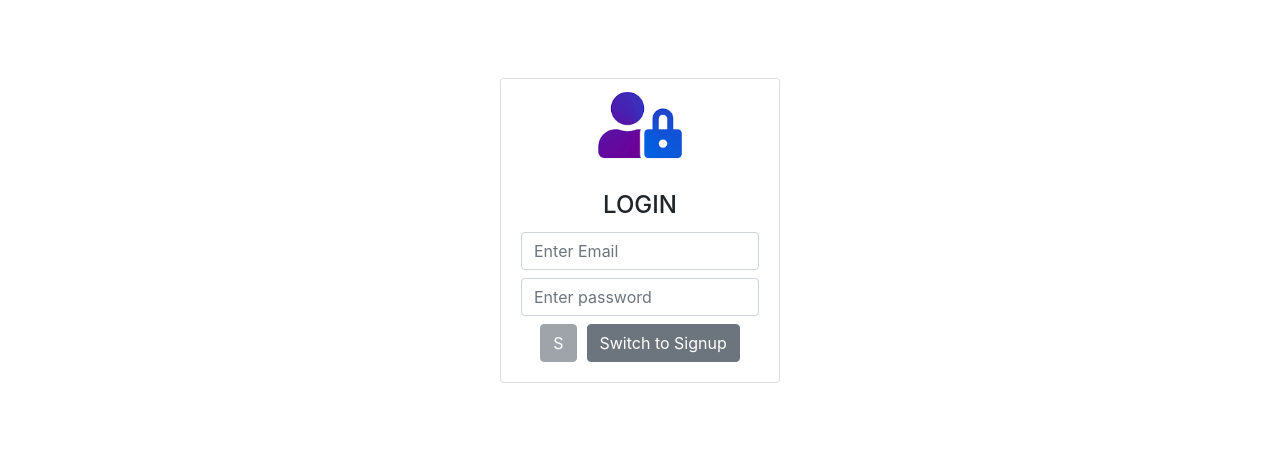
Repository: hosseinemami1370/iranicard
Page: /signup
An editor plug-in stored every save of this project. The page is shown before and after the next save, followed by the edit.
The browser window is 1280 px wide. The pictures show the whole page.
The project was rebuilt for these pictures with package versions that can differ from the ones it lists, and the page was loaded fresh each time. The framework's server and built-in components were replaced by stand-ins that run in the browser. Also part of the build but not shown: nuxt.config.js, components/Header.vue, components/Logo.vue, components/UI/AppButton.vue, components/navigation/Header.vue, layouts/error.vue, layouts/header.vue.

Above is the page before, as saved 2021-03-15 12:42:02.

### layouts/default.vue
<template>
  <div>

    <Nuxt />
  </div>
</template>
<script>
// import Header from '@/components/navigation/Header'
 export default {
//    components:{
//      Header
//    }
computed:{

    loadedData() {
      return this.$store.getters.isAuthenticated

  }
}
 }

</script>

<style>
html {
  font-family:
    'Source Sans Pro',
    -apple-system,
    BlinkMacSystemFont,
    'Segoe UI',
    Roboto,
    'Helvetica Neue',
    Arial,
    sans-serif;
  font-size: 16px;
  word-spacing: 1px;
  -ms-text-size-adjust: 100%;
  -webkit-text-size-adjust: 100%;
  -moz-osx-font-smoothing: grayscale;
  -webkit-font-smoothing: antialiased;
  box-sizing: border-box;
}

*,
*::before,
*::after {
  box-sizing: border-box;
  margin: 0;
}

.button--green {
  display: inline-block;
  border-radius: 4px;
  border: 1px solid #3b8070;
  color: #3b8070;
  text-decoration: none;
  padding: 10px 30px;
}

.button--green:hover {
  color: #fff;
  background-color: #3b8070;
}

.button--grey {
  display: inline-block;
  border-radius: 4px;
  border: 1px solid #35495e;
  color: #35495e;
  text-decoration: none;
  padding: 10px 30px;
  margin-left: 15px;
}

.button--grey:hover {
  color: #fff;
  background-color: #35495e;
}
</style>

### store/index.js
import Vuex from "vuex";

import Cookie from "js-cookie";

const createStore =() =>{
   return new Vuex.Store({
    state:{
        loadedData:[],
        token:null,
        // visibelLogout:true
    },
    mutations:{
        SETTOKEN(state,token){
            state.token=token;
        },
        CLEARTOKEN(state) {
            state.token = null;
          },
          SETEDATA(state,data){
            state.loadedData=data;
          }
        // SETVISIBLE(state,visible){
        //     state.visibelLogout=visible
        // }
    },
    actions:{
        authenticationUser(vuexContext,authData){
            let authUrl =
          "https://www.googleapis.com/identitytoolkit/v3/relyingparty/verifyPassword?key=" +
          process.env.fbAPIKey;
        if (!authData.isLogin) {
          authUrl =
            "https://www.googleapis.com/identitytoolkit/v3/relyingparty/signupNewUser?key=" +
            process.env.fbAPIKey;
        }
        return this.$axios
          .$post(authUrl, {
            email: authData.email,
            password: authData.password,
            returnSecureToken: true
          })
          .then(result => {
            console.log("result:",result);
            vuexContext.commit("SETEDATA",result.email);
            vuexContext.commit("SETTOKEN", result.idToken);
            localStorage.setItem("token", result.idToken);
            localStorage.setItem("data",result.email);
            localStorage.setItem("isLogin",authData.isLogin)
            console.log("result.expiresIn",result.expiresIn);
            localStorage.setItem(
              "tokenExpiration",
              new Date().getTime() + Number.parseInt(result.expiresIn) * 1000
            );
            Cookie.set("jwt", result.idToken);
            Cookie.set(
              "expirationDate",
              new Date().getTime() + Number.parseInt(result.expiresIn) * 1000
            );
          })
          .catch(e => {
            console.log('error1:', e);
            alert("usre or password invalid!")
          });
        },
        initAuth(vuexContext, req) {
            let token;
            let expirationDate;
            if (req) {
              if (!req.headers.cookie) {
                return;
              }
              const jwtCookie = req.headers.cookie
                .split(";")
                .find(c => c.trim().startsWith("jwt="));
              if (!jwtCookie) {
                return;
              }
              token = jwtCookie.split("=")[1];
              expirationDate = req.headers.cookie
                .split(";")
                .find(c => c.trim().startsWith("expirationDate="))
                .split("=")[1];
            }
            else {
              token = localStorage.getItem("token");
              expirationDate = localStorage.getItem("tokenExpiration");
            }
            if (new Date().getTime() > +expirationDate || !token) {
              console.log("No token or invalid token");
              vuexContext.dispatch("logout");
              return;
            }
            vuexContext.commit("SETTOKEN", token);
          },
          logout(vuexContext) {
            vuexContext.commit("CLEARTOKEN");
            Cookie.remove("jwt");
            Cookie.remove("expirationDate");
            if (process.client) {
              localStorage.removeItem("token");
              localStorage.removeItem("tokenExpiration");
            }
          },
        // setVisible(vuexContext,payload){
        //     vuexContext.commit("SETVISIBLE", payload);
        // }
    },
    getters: {
      loadedData(state) {
        return state.loadedData;
      },
      isAuthenticated(state) {
        return state.token != null;
      },
      // loadedVisible(state){
      //   return state.visibelLogout
      // }
    }
   })
}
export default createStore;

### plugins/core-component.js
import Vue from 'vue';
import AppButton from '@/components/UI/AppButton'
import Vuelidate from 'vuelidate'
Vue.use(Vuelidate)
Vue.component('AppButton', AppButton)

### pages/signup/index.vue
<template>
  <div class="admin-auth-page">
    <div class="auth-container">
      <b-card
        title="LOGIN"
        style="max-with: 10rem"
        class="mt-5 text-center"
        img-src="@/assets/download.png"
        img-top
      >
        <b-form @submit.prevent="onSubmit">
          <b-form-input
            :class="{ error: $v.email.$error }"
            id="email"
            v-model.trim="email"
            @input="$v.email.$touch()"
            placeholder="Enter Email"
          >
          </b-form-input>
          <div v-if="$v.email.$dirty">
            <p class="error-message" v-if="!$v.email.email">
              Please enter a valid email address.
            </p>
            <p class="error-message" v-if="!$v.email.required">
              Email must not be empty.
            </p>
          </div>

          <b-form-input
            type="password"
            :class="{ error: $v.password.$error }"
            class="mt-2"
            required
            id="password"
            v-model.trim="password"
            @input="$v.password.$touch()"
            placeholder="Enter password"
          >
          </b-form-input>
          <div v-if="$v.password.$dirty">
            <p class="error-message" v-if="!$v.password.required">
              Password must not be empty.
            </p>
          </div>

          <b-form-input
            type="password"
            v-if="!isLogin"
            :class="{ error: $v.repeatPassword.$error }"
            class="mt-2"
            required
            id="password2"
            v-model.trim="repeatPassword"
            @input="$v.repeatPassword.$touch()"
            placeholder="Re-type password"
          >

          </b-form-input>
          <div v-if="$v.repeatPassword.$dirty || !isLogin">
              <p class="error-message" v-if="!$v.repeatPassword.sameAsPassword || !isLogin">
                Passwords must be identical.
              </p>

              <p class="error-message" v-if="!$v.repeatPassword.required || !isLogin">
                Password must not be empty.
              </p>
            </div>

          <div class="mt-2">
            <b-button type="submit" :disabled="$v.$invalid">S</b-button>
            <b-button
              type="button"
              style="margin-left: 10px"
              @click="isLogin = !isLogin"
              >Switch to {{ isLogin ? "Signup" : "Login" }}</b-button
            >
          </div>
        </b-form>
      </b-card>
    </div>
  </div>
</template>

<script>
import { required, minLength, email, sameAs } from "vuelidate/lib/validators";

export default {
  layout: "admin",
  // middelware:["check-login"],
  data() {
    return {
      isLogin: true,
      email: "",
      password: "",
      repeatPassword: "",
      message: "",
    };
  },
  validations: {
    email: {
      required,
      email,
    },
    password: {
      required,
      minLength: minLength(6),
    },
    repeatPassword: {
      required,
      minLength: minLength(6),
      sameAsPassword: sameAs("password"),
    },
  },

  methods: {
    onSubmit() {
      if (!this.$v.$invalid) {
        this.$store
          .dispatch("authenticationUser", {
            email: this.email,
            password: this.password,
            isLogin: this.isLogin,
          })
          .then(() => {
            this.$router.push("/user");
          });
      }
    },
  },
};
</script>

<style scoped>
.error-message {
  color: red;
}
.admin-auth-page {
  padding: 20px;
}

.auth-container {
  /* border: 1px solid #ccc;
  border-radius: 5px;
  box-shadow: 0 2px 2px #ccc; */
  width: 300px;
  margin: auto;
  padding: 10px;
  /* box-sizing: border-box; */
}
</style>

Loaded but not shown: layouts/admin.vue (common file)

After the next save:
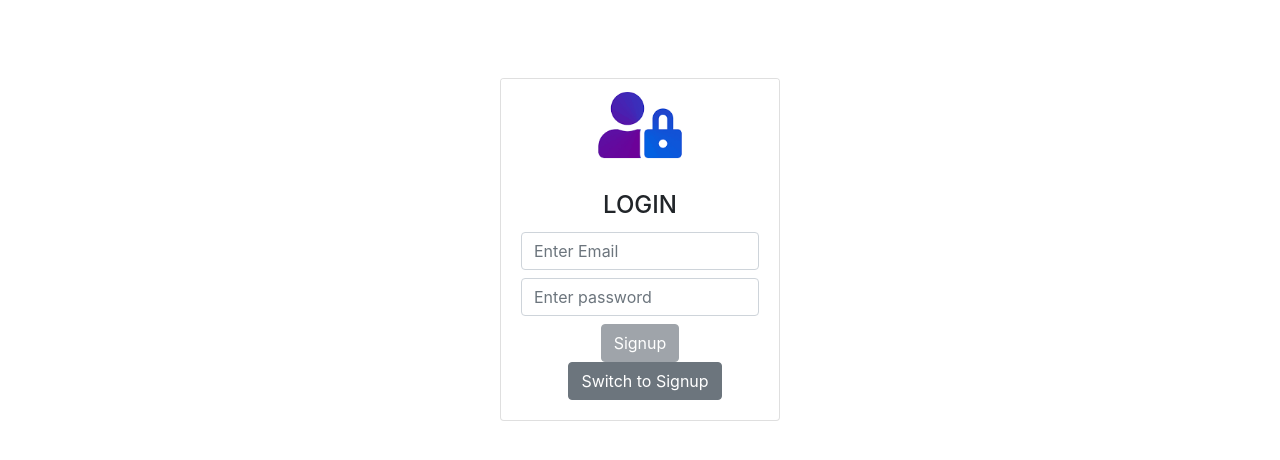
Saved 12 s later.
--- a/pages/signup/index.vue
+++ b/pages/signup/index.vue
@@ -67,7 +67,7 @@
             </div>
 
           <div class="mt-2">
-            <b-button type="submit" :disabled="$v.$invalid">S</b-button>
+            <b-button type="submit" :disabled="$v.$invalid">Signup</b-button>
             <b-button
               type="button"
               style="margin-left: 10px"
